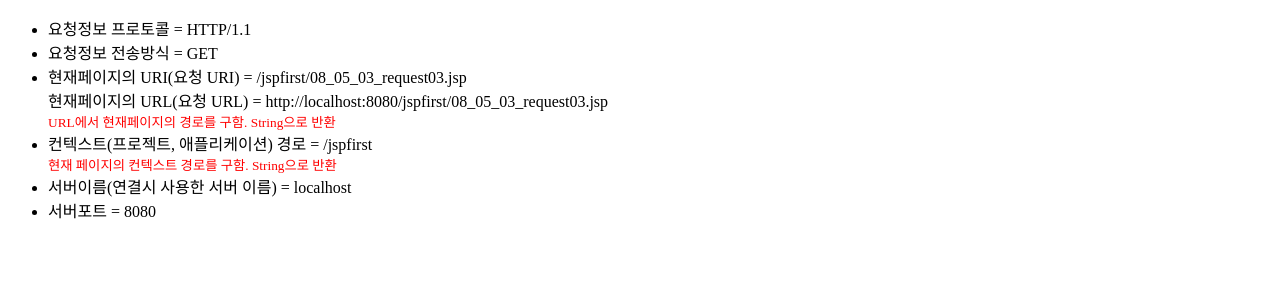
Repository: zhyuk/FullStackStudy
Page: http://localhost/jspfirst/08_05_03_request03.jsp
The author's editor kept a copy of each file at every save. The page is drawn from the files as they stood at one save, then again after the next save.
The browser window is 1280 px wide. The pictures show the whole page.
The page is served by Tomcat 9.

Above is the page before, as saved 2024-08-28 00:36:40.

After the next save:
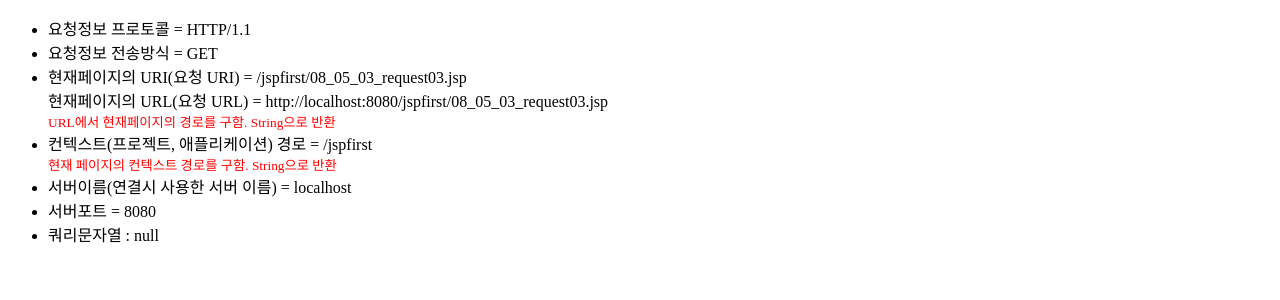
Saved 23 s later.
--- a/jsp/jspwork/jspfirst/src/main/webapp/08_05_03_request03.jsp
+++ b/jsp/jspwork/jspfirst/src/main/webapp/08_05_03_request03.jsp
@@ -21,6 +21,9 @@
 		</li>
 		<li>서버이름(연결시 사용한 서버 이름) = <%= request.getServerName() %></li>
 		<li>서버포트 = <%= request.getServerPort() %></li>
+		<li>
+			쿼리문자열 : <%= request.getQueryString() %>
+		</li>
 	</ul>
 </body>
 </html>
